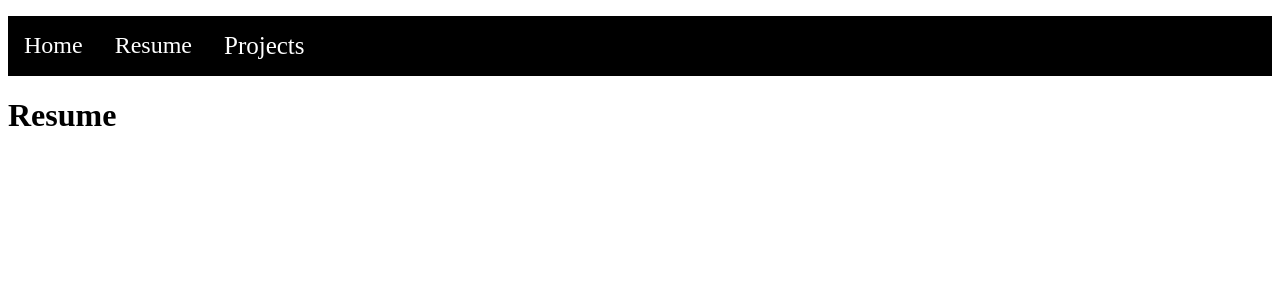
Repository: GunnarStone/GunnarStone.github.io
Page: project1.html
The author's editor kept a record of every edit. The page is drawn from the files as they stood at one moment, then again after the next edit.
The browser window is 1280 px wide. The pictures show the whole page.

Above is the page before.

### project1.html
<!DOCTYPE html>
<html>
<head>
<title>Home</title>
<link rel="stylesheet" type="text/css" href="style.css">
</head>
<body>
    <ul class=navbar>
        <li><a href="index.html">Home</a></li>
        <li><a href="resume.html">Resume</a></li>
        <li class="dropdown">
            <div class="youre-Special" >Projects</div>
            <ul class="dropdown-cnt">
                <li><a href="project1.html">Project One</a></li>
                <li><a href="project2.html">Project Two</a></li>
                <li><a href="project3.html">Project Three</a></li>
            </ul>
        </li>
    </ul>
    <h1>Resume</h1>
<script>



</script>
</body>
</html>

### style.css
    .navbar {
        list-style:none;
        background-color:Black;
        overflow: hidden;
        padding:0;
    }
    .navbar a{
        text-decoration:none;
        color:white;
        font-size:24px;
        padding:16px;
        display: inline-block;
    }
    .navbar li{
        float:left;
        border-radius: 5px;
    }
    .navbar li:hover{
        background-color:Black;
    }
    .dropdown-cnt{
        list-style:none;
        padding:0;
        display:none;
    }
    .dropdown-cnt li{
        float:none;
        padding:0;
    }
    .navbar a, dropdown div {
        text-decoration:none;
        color:white;
        font-size:24px;
        padding:16px;
        display: inline-block;
    }
    .youre-Special{
        font-size: 25px;
        padding:16px;
        color:white;
        display:inline-block;
    }
    .dropdown:hover .dropdown-cnt{
        display:block;
    }
    .navbar a:hover{
        background-color:White;
        color:black;
    }
    .active {
        background-color:blue;
    }
        .navbar {
        list-style:none;
        background-color:Black;
        overflow: hidden;
        padding:0;
    }
    .navbar a{
        text-decoration:none;
        color:white;
        font-size:24px;
        padding:16px;
        display: inline-block;
    }
    .navbar li{
        float:left;
        border-radius: 5px;
    }
    .navbar li:hover{
        background-color:Black;
    }
    .dropdown-cnt{
        list-style:none;
        padding:0;
        display:none;
    }
    .dropdown-cnt li{
        float:none;
        padding:0;
    }
    .navbar a, dropdown div {
        text-decoration:none;
        color:white;
        font-size:24px;
        padding:16px;
        display: inline-block;
    }
    .youre-Special{
        font-size: 25px;
        padding:16px;
        color:white;
        display:inline-block;
    }
    .dropdown:hover .dropdown-cnt{
        display:block;
    }
    .navbar a:hover{
        background-color:White;
        color:black;
    }
    .active{
        background-color:blue;  }

After the next edit:
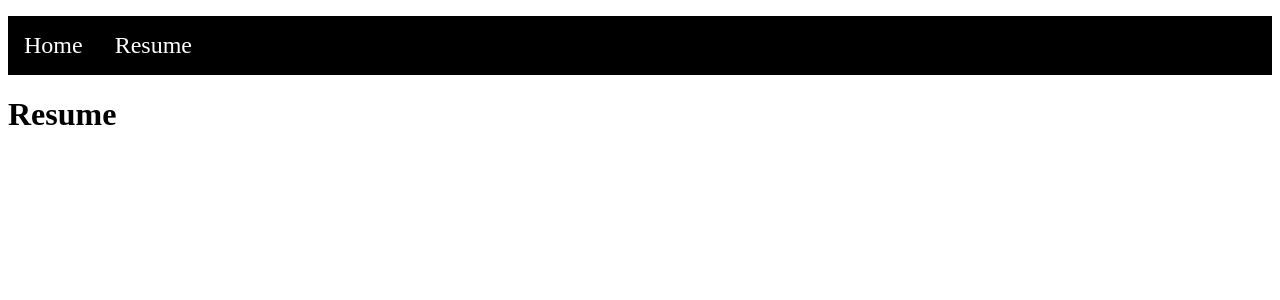
The edit:
--- a/project1.html
+++ b/project1.html
@@ -9,7 +9,7 @@
         <li><a href="index.html">Home</a></li>
         <li><a href="resume.html">Resume</a></li>
         <li class="dropdown">
-            <div class="youre-Special" >Projects</div>
+            <div class="youreOmegaSpecial" >Projects</div>
             <ul class="dropdown-cnt">
                 <li><a href="project1.html">Project One</a></li>
                 <li><a href="project2.html">Project Two</a></li>
